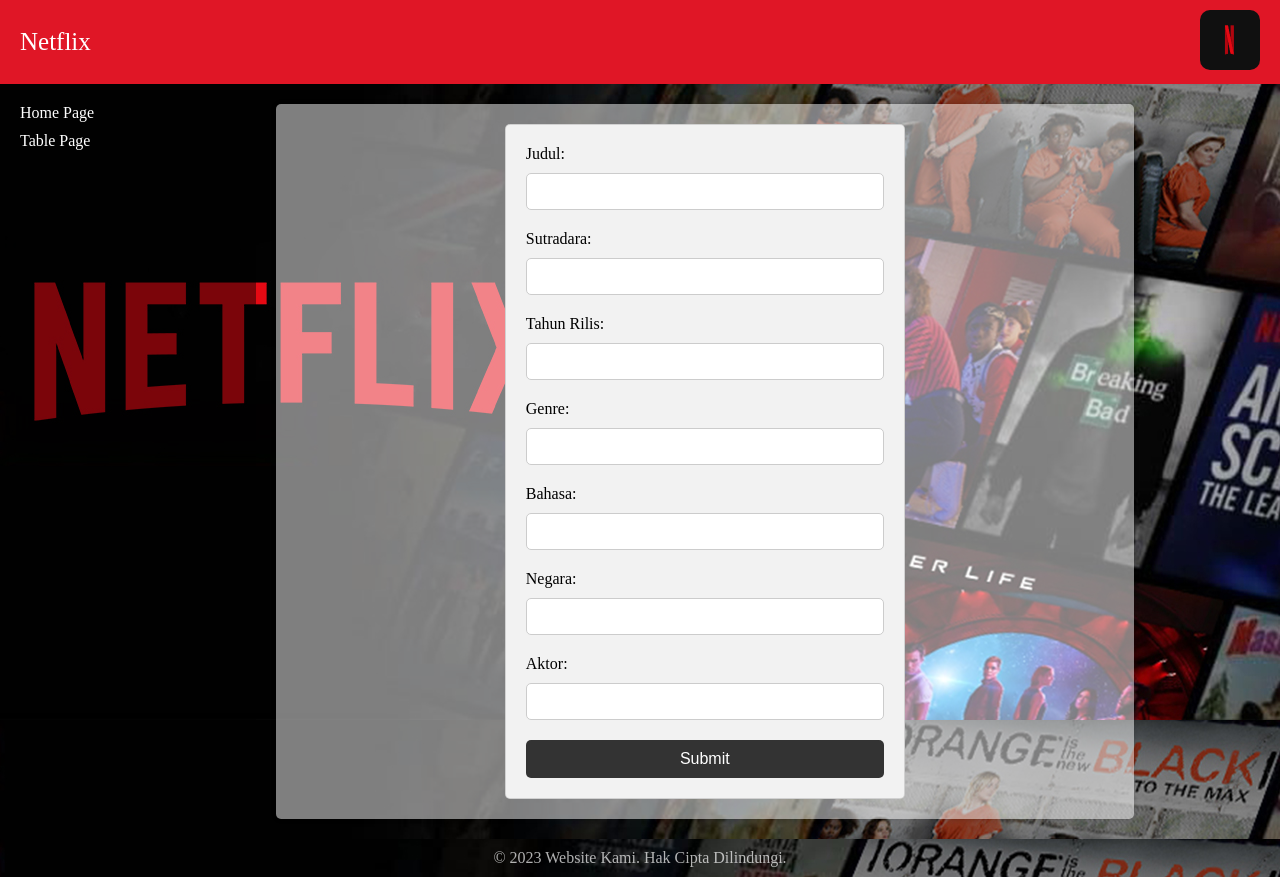
Repository: Nachtt-2021/12140022.github.io
Page: UTS/form.html
An editor plug-in stored every save of this project. The page is shown before and after the next save, followed by the edit.
The browser window is 1280 px wide. The pictures show the whole page.

Above is the page before, as saved 2023-10-22 21:43:44.

After the next save:
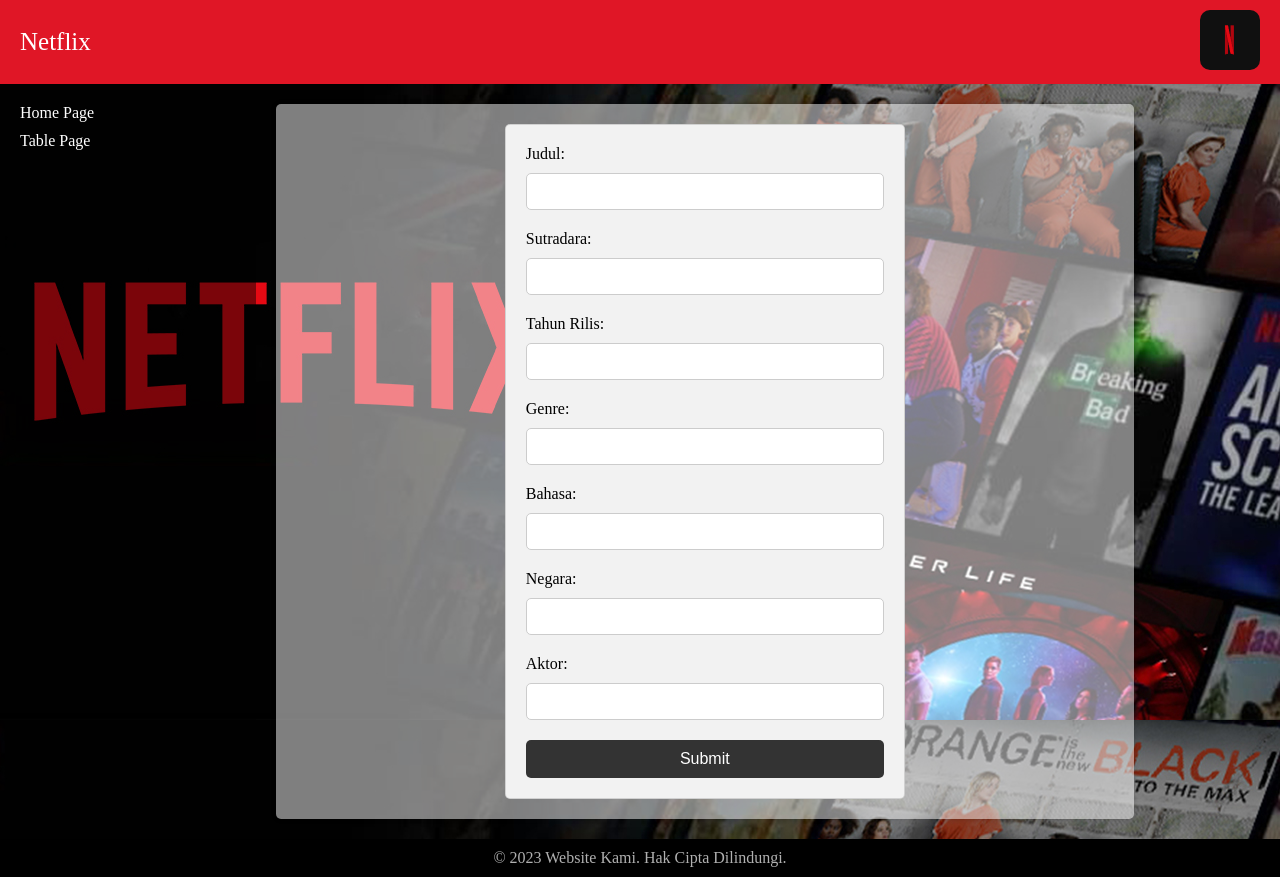
Saved 31 s later.
--- a/UTS/publik/form.css
+++ b/UTS/publik/form.css
@@ -117,11 +117,10 @@
 
 .footer {
     margin-top: auto;
-    background-color: #e01626;
+    background-color: black;
     color: #ffffffb0;
     text-align: center;
     padding: 10px 0;
-    background-image: url(./bagground.jpg);
 }
 
 @media (max-width: 768px) {
